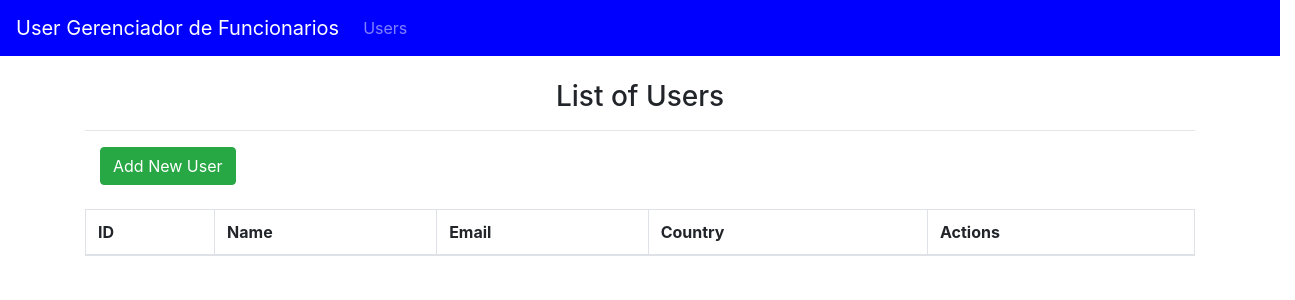
Repository: Magdiel-Mendes/GerenciadorDeFuncionarios
Page: http://localhost/Gerenciador/listaFuncionario.jsp
The author's editor kept a copy of each file at every save. The page is drawn from the files as they stood at one save, then again after the next save.
The browser window is 1280 px wide. The page is 1295 px wide, so the pictures cover 1295 px, including what lies to the right of the window. The pictures show the whole page.
The page is served by Tomcat 9. Other server files are loaded and not shown.

Above is the page before, as saved 2023-10-09 00:44:16.

### Gerenciador/webContent/listaFuncionario.jsp
<%@ page language="java" contentType="text/html; charset=UTF-8"
	pageEncoding="UTF-8"%>
<%@ taglib uri="http://java.sun.com/jsp/jstl/core" prefix="c"%>
<html>
<head>
<title>Gerenciador de funcionarios</title>
<link rel="stylesheet"
	href="https://stackpath.bootstrapcdn.com/bootstrap/4.3.1/css/bootstrap.min.css"
	integrity="sha384-ggOyR0iXCbMQv3Xipma34MD+dH/1fQ784/j6cY/iJTQUOhcWr7x9JvoRxT2MZw1T"
	crossorigin="anonymous">
</head>
<body>

	<header>
		<nav class="navbar navbar-expand-md navbar-dark"
			style="background-color: blue">
			<div>
				<a href="https://www.xadmin.net" class="navbar-brand"> User
					Gerenciador de Funcionarios </a>
			</div>

			<ul class="navbar-nav">
				<li><a href="<%=request.getContextPath()%>/list"
					class="nav-link">Users</a></li>
			</ul>
		</nav>
	</header>
	<br>

	<div class="row">
		<!-- <div class="alert alert-success" *ngIf='message'>{{message}}</div> -->

		<div class="container">
			<h3 class="text-center">List of Users</h3>
			<hr>
			<div class="container text-left">

				<a href="<%=request.getContextPath()%>/new" class="btn btn-success">Add
					New User</a>
			</div>
			<br>
			<table class="table table-bordered">
				<thead>
					<tr>
						<th>ID</th>
						<th>Name</th>
						<th>Email</th>
						<th>Country</th>
						<th>Actions</th>
					</tr>
				</thead>
				<tbody>

					<c:forEach var="user" items="${listUser}">

						<tr>
							<td><c:out value="${user.id}" /></td>
							<td><c:out value="${user.name}" /></td>
							<td><c:out value="${user.email}" /></td>
							<td><c:out value="${user.country}" /></td>
							<td><a href="edit?id=<c:out value='${user.id}' />">Edit</a>
								&nbsp;&nbsp;&nbsp;&nbsp; <a
								href="delete?id=<c:out value='${user.id}' />">Delete</a></td>
						</tr>
					</c:forEach>

				</tbody>

			</table>
		</div>
	</div>
</body>
</html>

After the next save:
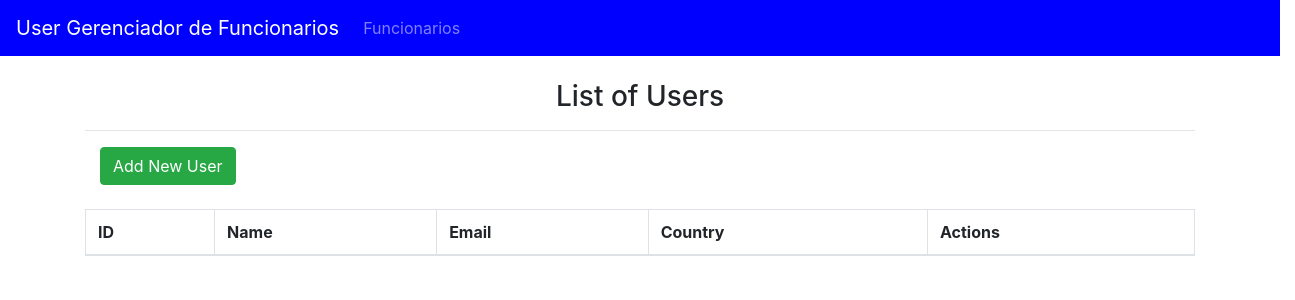
Saved 8 s later.
--- a/Gerenciador/webContent/listaFuncionario.jsp
+++ b/Gerenciador/webContent/listaFuncionario.jsp
@@ -21,7 +21,7 @@
 
 			<ul class="navbar-nav">
 				<li><a href="<%=request.getContextPath()%>/list"
-					class="nav-link">Users</a></li>
+					class="nav-link">Funcionarios</a></li>
 			</ul>
 		</nav>
 	</header>
